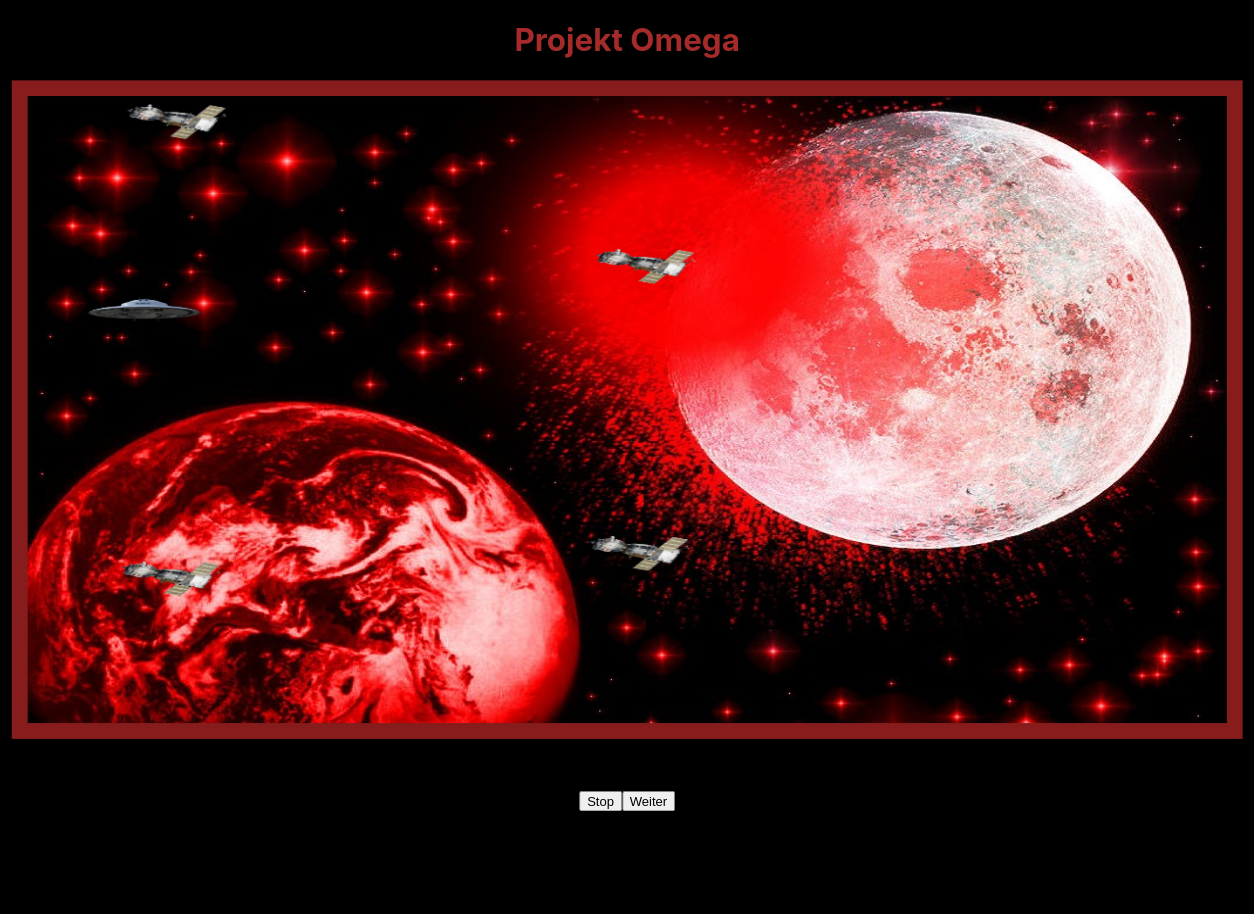
Repository: Der-Metatron/Projekt-Omega-Sprotte
Page: /
The author's editor kept a copy of each file at every save. The page is drawn from the files as they stood at one save, then again after the next save.
The browser window is 1280 px wide. The pictures show the whole page, at 98% of full size.
The project was rebuilt for these pictures with package versions that can differ from the ones it lists, and the page was loaded fresh each time. Also part of the build but not shown: src/util/canvas-game.js.

Above is the page before, as saved 2022-06-22 17:23:02.

### public/index.html
<!DOCTYPE html>
<html lang="de">
  <head>
    <meta charset="UTF-8" />
    <meta name="Metatron" content="width=device-width, initial-scale=1.0" />
    <link rel="stylesheet" href="style.css" />

    <title>Projekt-Omega></title>
  </head>

  <body>
    <!-- <body onload="startGame()"> -->
    <div id="root"></div>
  </body>
  <script type="text/javascript" src="./index.js"></script>
</html>

### src/App.js
import "./App.css";
/* import { useState } from "react"; */
import { Canvas } from "./components/Canvas";
import { Footer } from "./components/Footer";

function App() {
  return (
    <div className="App">
      <h1>Projekt Omega</h1>
      <Canvas />

      <Footer />
    </div>
  );
}

export default App;

### src/components/Canvas.jsx
import React, { useRef, useEffect, useState } from "react";
import "./Canvas.css";
import { initGame, stopGame, continueGame } from "../util/canvas-game";
import ReactAudioPlayer from "react-audio-player";

export const Canvas = () => {
  const [score, setScore] = useState(0);
  const canvasRef = useRef(null);

  useEffect(() => {
    const canvas = canvasRef.current;
    const context = canvas.getContext("2d");
    initGame(context, (amount) => {
      console.log("increaseScore", amount);
      setScore((oldScore) => {
        return oldScore + amount;
      });
    });
  }, []);
  return (
    <>
      <canvas
        ref={canvasRef}
        className="game-canvas"
        width="1024"
        height="640"
      />{" "}
      <p>Score: {score}</p> {/* PunkteZahl im Canvas Zeigen */}
      {/* Stopt das Game  */}
      <button
        onClick={() => {
          stopGame();
        }}
      >
        Stop
      </button>
      {/* Weiter mit Game */}
      <button
        onClick={() => {
          continueGame();
        }}
      >
        Weiter
      </button>
    </>
  );
};
/* -------------------------------------------------------------------------------------- */
<ReactAudioPlayer src="my_audio_file.ogg" autoPlay controls />;
/* ----------------------------AUDIO----------------------------------------------------- */
/* const useAudio = (url) => {
  const [audio] = useState(new Audio(url));
  const [playing, setPlaying] = useState(false);

  const toggle = () => setPlaying(!playing);

  useEffect(() => {
    playing ? audio.play() : audio.pause();
  }, []);
  useEffect(() => {
    audio.addEventListener("ended", () => setPlaying(false));
    return () => {
      audio.removeEventListener("ended", () => setPlaying(false));
    };
  }, []);

  return [playing, toggle];
};

const Player = ({ url }) => {
  const [playing, toggle] = useAudio(url);

  return (
    <div>
      <button onClick={toggle}>{playing ? "Pause" : "Play"}</button>
    </div>
  );
};

export default Player;
 */

### src/components/Footer.jsx
import React from "react";

export const Footer = () => {
  return (
    <div>
      <h2>
        Pfeil Taste Oben, Pfeil Taste Unten, Pfeil Taste Links, Pfeil Taste
        Rechts, Space = Schießen
      </h2>
      <p>Der Metatron,Serdar,Dennis. 2022</p>
    </div>
  );
};

### src/components/Canvas.css
.game-canvas {
  background-color: rgba(168, 35, 35, 0.8);
  padding-left: 0;
  padding-right: 0;
  margin-left: auto;
  margin-right: auto;
  display: block;
  width: 1224px;
  height: 640px;
  padding: 1rem;
}

### public/style.css
canvas {
  background-color: rgba(168, 35, 35, 0.8);
  padding-left: 0;
  padding-right: 0;
  margin-left: auto;
  margin-right: auto;
  display: block;
  width: 1224px;
  height: 640px;
  padding: 1rem;
}
:root {
  background-color: black;
}
h1 {
  color: brown;
  text-align: center;
}
footer {
  color: aliceblue;
  text-align: center;
}

### public/index.js
let KEY_SPACE = false; // 32
let KEY_UP = false; // 38
let KEY_DOWN = false; // 40
let KEY_LEFT = false; // 37
let KEY_RIGHT = false; // 39

let canvas, ctx, counter, highscore, pause; /* Variabeln für Canvas */

let backgroundImage = new Image();

/* Audio Web-Audio-API  */
/*
<audio src="/public/audio/Musik/titel 1.mp3"></audio>;
const audioContext = new AudioContext();
const element = document.querySelector(audio);
const source = audioContext.createMediaElementSource(element);
source.connect(audioContext.destination);
audio.play();
*/

let rocket = {
  x: 50,
  y: 200,
  width: 100,
  height: 50,

  src: "img/ufo1.png" /* Omega */,
};

let ufos = [];
let shots = [];

// Taste Unten
document.onkeydown = function (e) {
  if (e.keyCode === 32) {
    // Leertaste gedrückt
    KEY_SPACE = true;
  }

  if (e.keyCode === 38) {
    // Nach oben gedrückt
    KEY_UP = true;
  }

  if (e.keyCode === 40) {
    // Nach unten gedrückt
    KEY_DOWN = true;
  }
  if (e.keyCode === 37) {
    KEY_LEFT = true;
  }
  if (e.keyCode === 39) {
    KEY_RIGHT = true;
  }
};
// Taste Links
document.onkeyleft = function (e) {
  if (e.keyCode === 37) {
    // Leertaste gedrückt
    KEY_SPACE = true;
  }

  if (e.keyCode === 38) {
    // Nach oben gedrückt
    KEY_UP = true;
  }

  if (e.keyCode === 40) {
    // Nach unten gedrückt
    KEY_DOWN = true;
  }
  if (e.keyCode === 37) {
    KEY_LEFT = true;
  }
  if (e.keyCode === 39) {
    KEY_RIGHT = true;
  }
};
// Taste Rechts
document.onkeyright = function (e) {
  if (e.keyCode === 39) {
    // Leertaste gedrückt
    KEY_SPACE = true;
  }

  if (e.keyCode === 38) {
    // Nach oben gedrückt
    KEY_UP = true;
  }

  if (e.keyCode === 40) {
    // Nach unten gedrückt
    KEY_DOWN = true;
  }
  if (e.keyCode === 37) {
    KEY_LEFT = true;
  }
  if (e.keyCode === 39) {
    KEY_RIGHT = true;
  }
};
// Taste Oben
document.onkeyup = function (e) {
  if (e.keyCode === 32) {
    // Leertaste losgelassen
    KEY_SPACE = false;
  }

  if (e.keyCode === 38) {
    // Nach oben losgelassen
    KEY_UP = false;
  }

  if (e.keyCode === 40) {
    // Nach unten losgelassen
    KEY_DOWN = false;
  }
  if (e.keyCode === 37) {
    KEY_LEFT = false;
  }
  if (e.keyCode === 39) {
    KEY_RIGHT = false;
  }
};

// eslint-disable-next-line no-unused-vars
function startGame() {
  canvas = document.getElementById("canvas");
  ctx = canvas.getContext("2d");

  loadImages();
  setInterval(update, 1000 / 25);
  setInterval(createUfos, 2000); /* Wie schnell Feinde kommen */
  setInterval(checkForCollion, 1000 / 25);
  setInterval(checkForShoot, 1000 / 10);
  draw();
}

function checkForCollion() {
  ufos.forEach(function (ufo) {
    // Kontrollieren, ob UFO mit Rakete kollidiert
    if (
      rocket.x + rocket.width > ufo.x &&
      rocket.y + rocket.height > ufo.y &&
      rocket.x < ufo.x &&
      rocket.y < ufo.y + ufo.height
    ) {
      rocket.img.src = "img/boom3.png";
      console.log("Collion!!!");
      ufos = ufos.filter((u) => u !== ufo);
      window.location.reload(true); //das sorgt dafür das sich die seite neu lädt wen man stirbt
    }

    shots.forEach(function (shot) {
      // Kontrollieren, ob Laser mit Rakete kollidiert
      if (
        shot.x + shot.width > ufo.x &&
        shot.y + shot.height > ufo.y &&
        shot.x < ufo.x &&
        shot.y < ufo.y + ufo.height
      ) {
        ufo.hit = true;
        ufo.img.src = "img/boom3.png";
        console.log("Collion!!!");

        setTimeout(() => {
          ufos = ufos.filter((u) => u !== ufo);
        }, 2000);
      }
    });
  });
}

function createUfos() {
  let ufo = {
    x: 800,
    y: Math.random() * 500, // Wir platzieren unsere UFOs an einem zufälligen Ort
    width: 100,
    height: 40,
    src: "img/sat.png",

    img: new Image(),
  };
  ufo.img.src = ufo.src; // Ufo-Bild wird geladen.
  ufos.push(ufo);
}

function checkForShoot() {
  if (KEY_SPACE) {
    let shot = {
      x: rocket.x + 110,
      y: rocket.y + 22,
      width: 20,
      height: 4,
      src: "img/shot.png",
      img: new Image(),
    };
    shot.img.src = shot.src; // Laser-Bild wird geladen.

    shots.push(shot);
  }
}
//rechts und links vergessen in update zu codieren
function update() {
  if (KEY_UP) {
    rocket.y -= 6;
  }

  if (KEY_DOWN) {
    rocket.y += 6;
  }
  if (KEY_LEFT) {
    rocket.x -= 6;
  }

  if (KEY_RIGHT) {
    rocket.x += 6;
  }

  ufos.forEach(function (ufo) {
    if (!ufo.hit) {
      ufo.x -= 5;
    }
  });

  shots.forEach(function (shot) {
    shot.x += 15;
  });
}

function loadImages() {
  backgroundImage.src = "img/- WALLPAPER - (276).jpg";
  rocket.img = new Image();
  rocket.img.src = rocket.src;
}

function draw() {
  ctx.drawImage(backgroundImage, 0, 0);
  ctx.drawImage(rocket.img, rocket.x, rocket.y, rocket.width, rocket.height);

  ufos.forEach(function (ufo) {
    ctx.drawImage(ufo.img, ufo.x, ufo.y, ufo.width, ufo.height);
  });

  shots.forEach(function (shot) {
    ctx.drawImage(shot.img, shot.x, shot.y, shot.width, shot.height);
  });

  requestAnimationFrame(draw);
}

Loaded but not shown: src/index.js (common file); src/index.css (common file); src/reportWebVitals.js (common file); src/App.css (common file)

After the next save:
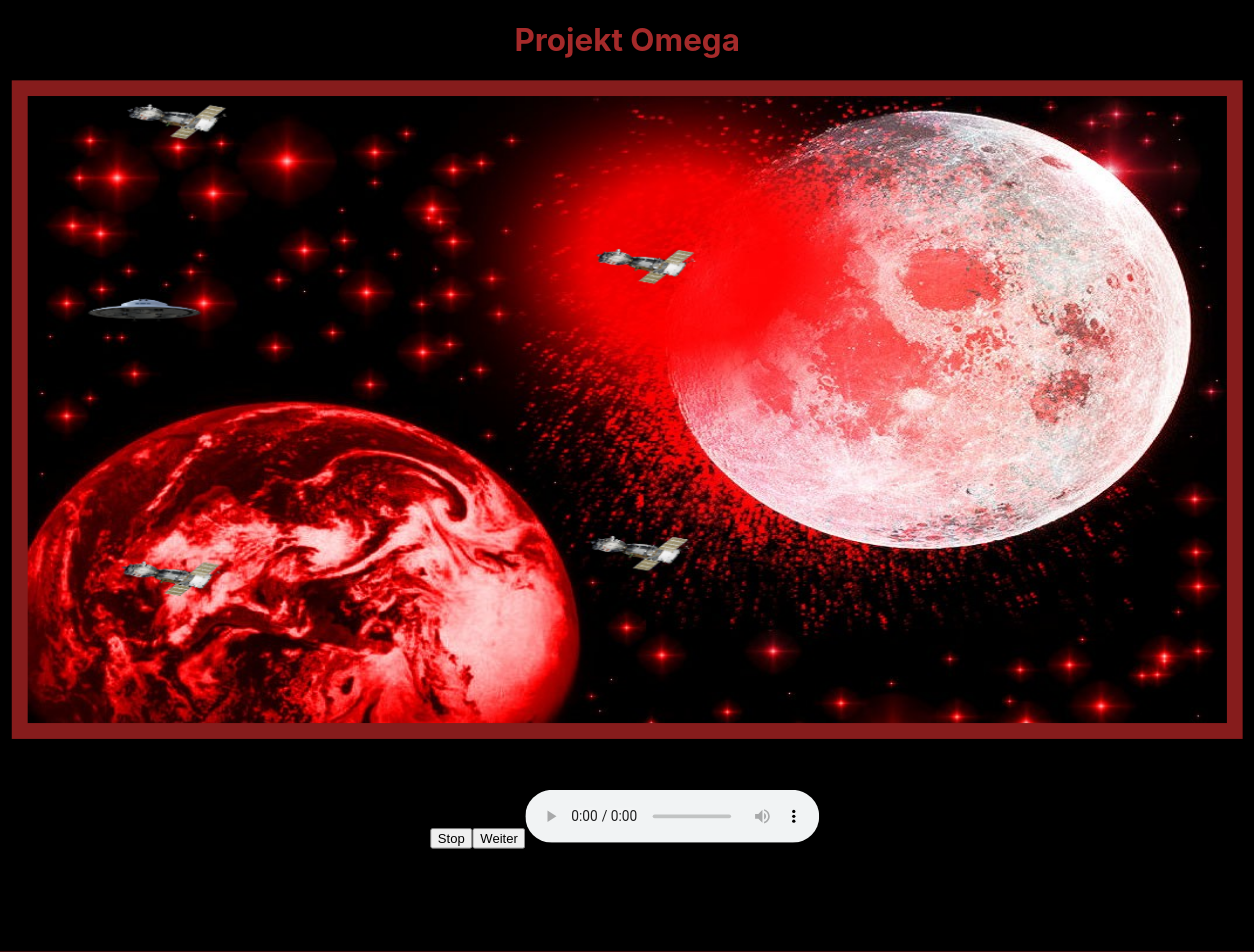
Saved 27 s later.
--- a/src/components/Canvas.jsx
+++ b/src/components/Canvas.jsx
@@ -42,11 +42,12 @@ export const Canvas = () => {
       >
         Weiter
       </button>
+      <ReactAudioPlayer src="my_audio_file.ogg" autoPlay controls />;
     </>
   );
 };
 /* -------------------------------------------------------------------------------------- */
-<ReactAudioPlayer src="my_audio_file.ogg" autoPlay controls />;
+
 /* ----------------------------AUDIO----------------------------------------------------- */
 /* const useAudio = (url) => {
   const [audio] = useState(new Audio(url));
